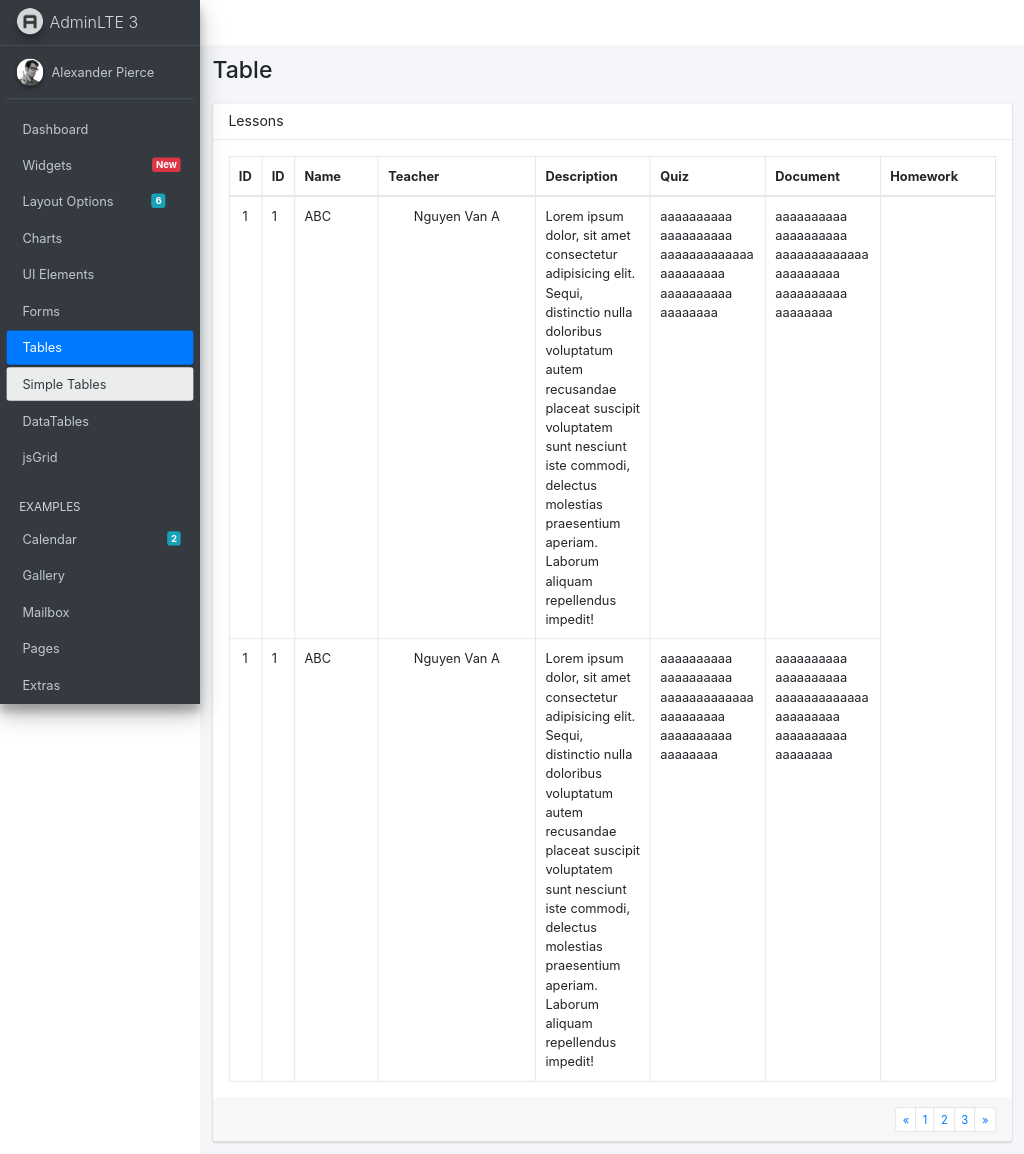
Repository: huyennvo/table
Page: http://localhost/table/lessons
These files come from the project's save history. The page is drawn as it stood at one moment and after the next save; the edit follows.
The browser window is 1280 px wide. The pictures show the whole page, at 80% of full size.
Some web fonts or font styles are not loaded; a fallback is used. The page is served by the project's Laravel application, run on PHP 8.4 with Laravel 8.

Above is the page before, as saved 2022-08-11 19:23:05.

After the next save:
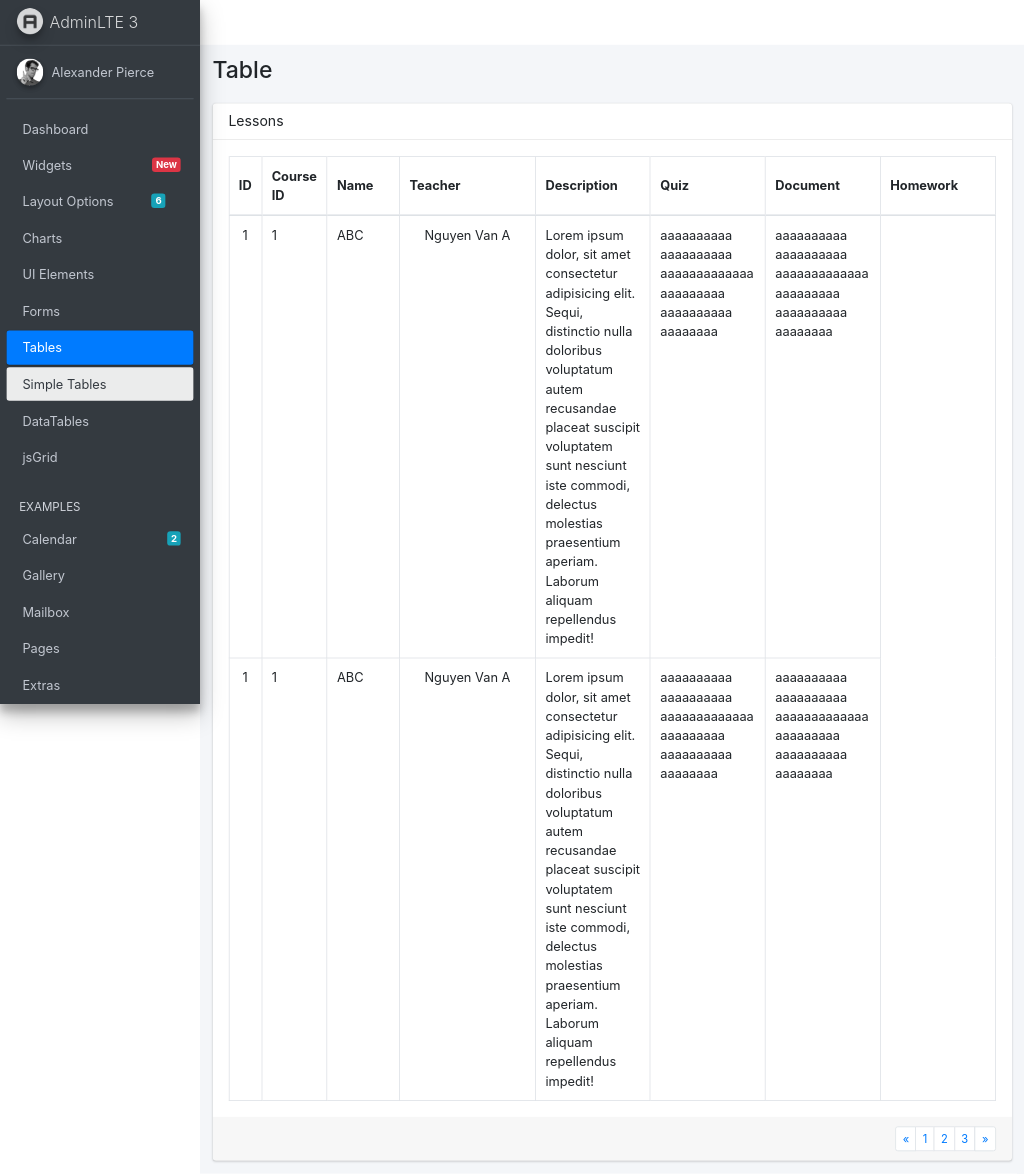
Saved 23 s later.
--- a/resources/views/lessons.blade.php
+++ b/resources/views/lessons.blade.php
@@ -16,7 +16,7 @@
                   <thead>
                     <tr>
                       <th style="width: 10px">ID</th>
-                      <th style="width: 10px">ID</th>
+                      <th style="width: 10px">Course ID</th>
                       <th>Name</th>
                       <th>Teacher</th>
                       <th style="width: 15%">Description</th>
